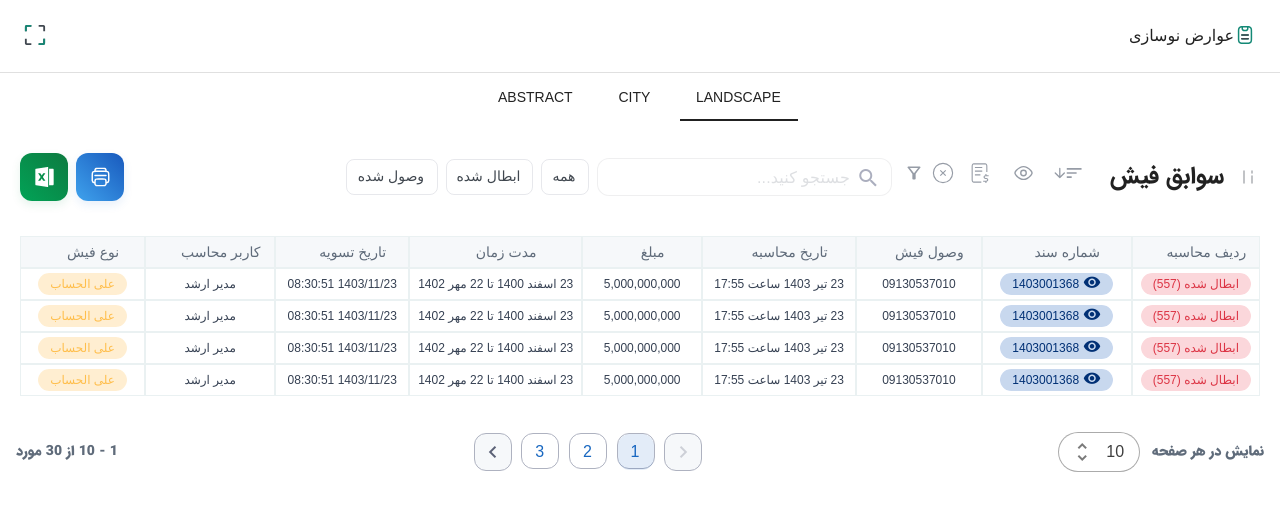
Repository: mobinazarein/data-table
Page: /
An editor plug-in stored every save of this project. The page is shown before and after a run of saves, followed by the edit.
The browser window is 1280 px wide. The pictures show the whole page.
Some web fonts or font styles are not loaded; a fallback is used. The project was rebuilt for these pictures with package versions that can differ from the ones it lists, and the page was loaded fresh each time. Also part of the build but not shown: vue.config.js.

Above is the page before, as saved 2025-03-26 13:46:49.

### public/index.html
<!DOCTYPE html>
<html lang="en" dir="rtl">
  <head>
    <meta charset="utf-8">
    <meta http-equiv="X-UA-Compatible" content="IE=edge">
    <meta name="viewport" content="width=device-width,initial-scale=1.0">
    <link rel="icon" href="<%= BASE_URL %>favicon.ico">
    <title><%= htmlWebpackPlugin.options.title %></title>
  </head>
  <body>
    <noscript>
      <strong>We're sorry but <%= htmlWebpackPlugin.options.title %> doesn't
        work properly without JavaScript enabled. Please enable it to
        continue.</strong>
    </noscript>
    <div id="app"></div>
    <!-- built files will be auto injected -->
  </body>
</html>

### src/App.vue
<template>
  <v-app dir="rtl">
    <v-locale-provider :rtl="true">
      <div dir="rtl">
        <TopHeader />
        <BelowHeader />
        <DataTable :headers="pageData.headers" :items="pageData.items" :showExportButtons="true" :itemsPerPage="20"
          :showSearchBtn="true" :items-per-page="10" :customStyles="[
            { key: 'row', bgColor: '#FFEEF0', textColor: '#DC3545' },
            { key: 'documentNumber', bgColor: '#E4EFFF', textColor: '#013075', icon: 'mdi-eye', iconColor: '#013075', iconSize: '18px' },
            { key: 'receiptType', bgColor: '#FFBE4C26', textColor: '#FFBE4C' }
          ]" title="سوابق فیش" :iconComponent="PauseIcon"
          :iconList="[PaginationIcon, EyeIcon, InvoiceIcon, CircleCross, FilterIcon]"
          :mobileIconList="[PaginationIcon, EyeIcon, InvoiceIcon, CircleCross, FilterIcon, PrinterIcon, ExcelIcon]"
          :buttons="pageData.buttonList" :mobileFilterButtons="pageData.mobileBtn" :actions="actions" />
      </div>
    </v-locale-provider>
  </v-app>
</template>

<script setup>
import TopHeader from './layouts/TopHeader.vue';
import DataTable from './components/DataTable.vue';
import PauseIcon from './assets/Icons/PauseIcon.vue';
import PaginationIcon from '@/assets/Icons/PaginationIcon.vue';
import EyeIcon from '@/assets/Icons/EyeIcon.vue';
import InvoiceIcon from '@/assets/Icons/InvoiceIcon.vue';
import CircleCross from '@/assets/Icons/CircleCross.vue';
import FilterIcon from '@/assets/Icons/FilterIcon.vue';
import PrinterIcon from '@/assets/Icons/PrinterIcon.vue';
import ExcelIcon from '@/assets/Icons/ExcelIcon.vue';
import BelowHeader from './layouts/BelowHeader.vue';
import { ref } from 'vue';
const pageData = ref({
  headers: [
    { title: 'ردیف محاسبه', key: 'row', align: 'center', sortable: true, width: '121px' },
    { title: 'شماره سند', key: 'documentNumber', align: 'center', sortable: true, width: '165px' },
    { title: 'وصول فیش', key: 'receiptStatus', align: 'center', sortable: true, width: '139px' },
    { title: 'تاریخ محاسبه', key: 'calculationDate', align: 'center', sortable: true, width: '159px' },
    { title: 'مبلغ', key: 'amount', align: 'center', sortable: true, width: '139px' },
    { title: 'مدت زمان', key: 'duration', align: 'center', sortable: true, width: '165px' },
    { title: 'تاریخ تسویه', key: 'settlementDate', align: 'center', sortable: true, width: '139px' },
    { title: 'کاربر محاسب', key: 'user', align: 'center', sortable: true, width: '139px' },
    { title: 'نوع فیش', key: 'receiptType', align: 'center', sortable: true, width: '139px' },
    // { title: 'عملیات', key: 'actions', align: 'center', sortable: true, width: '139px' }
  ],
  items: [
    {
      row: 'ابطال شده (557)',
      documentNumber: '1403001368',
      receiptStatus: '09130537010',
      calculationDate: '23 تیر 1403 ساعت 17:55',
      amount: '5,000,000,000',
      duration: '23 اسفند 1400 تا 22 مهر 1402',
      settlementDate: '1403/11/23 08:30:51',
      user: 'مدیر ارشد',
      receiptType: 'علی الحساب',
    },
    {
      row: 'ابطال شده (557)',
      documentNumber: '1403001368',
      receiptStatus: '09130537010',
      calculationDate: '23 تیر 1403 ساعت 17:55',
      amount: '5,000,000,000',
      duration: '23 اسفند 1400 تا 22 مهر 1402',
      settlementDate: '1403/11/23 08:30:51',
      user: 'مدیر ارشد',
      receiptType: 'علی الحساب'
    },
    {
      row: 'ابطال شده (557)',
      documentNumber: '1403001368',
      receiptStatus: '09130537010',
      calculationDate: '23 تیر 1403 ساعت 17:55',
      amount: '5,000,000,000',
      duration: '23 اسفند 1400 تا 22 مهر 1402',
      settlementDate: '1403/11/23 08:30:51',
      user: 'مدیر ارشد',
      receiptType: 'علی الحساب'
    }, {
      row: 'ابطال شده (557)',
      documentNumber: '1403001368',
      receiptStatus: '09130537010',
      calculationDate: '23 تیر 1403 ساعت 17:55',
      amount: '5,000,000,000',
      duration: '23 اسفند 1400 تا 22 مهر 1402',
      settlementDate: '1403/11/23 08:30:51',
      user: 'مدیر ارشد',
      receiptType: 'علی الحساب'
    }
  ],
  buttonList: [
    { label: 'همه', width: 48 },
    { label: 'ابطال شده', width: 87 },
    { label: 'وصول شده', width: 92 },
  ],
  mobileBtn: [
    { label: "همه", width: 44, borderRadius: 62 },
    { label: "ابطال شده", width: 80, borderRadius: 42 },
    { label: "وصول شده", width: 89, borderRadius: 42 }
  ]
}).value;
const actions = [
  { icon: 'mdi-pencil', method: editItem },
  { icon: 'mdi-delete', method: deleteItem },
];
function editItem() {
  console.log('edit');
}
function deleteItem() {
  console.log('delete');

}
</script>
<style>
body {
  font-family: "IRANSans", sans-serif;
}
</style>

### src/assets/base.scss
// @import "./styles/fonts";

*,
*::before,
*::after {
  box-sizing: border-box;
  margin: 0;
  font-weight: normal;
  font-family: "IRANSans", sans-serif;
  letter-spacing: 0;
}

body {
  font-family: "IRANSans", sans-serif !important;
}
h1,
h2 {
  font-family: "IRANSans", sans-serif;
  font-weight: 700;
}
p {
  font-family: "IRANSans", sans-serif;
  font-weight: 400;
}
.v-field.v-field--center-affix.v-field--prepended.v-field--variant-outlined.v-theme--light.v-locale--is-rtl {
  border-radius: 12px !important;
}
.v-field__prepend-inner {
  color: #737993;
}

label.v-label.v-field-label {
  color: #c7cacf;
}

.v-field.v-field--center-affix.v-field--prepended.v-field--variant-outlined.v-theme--light.v-locale--is-rtl {
  color: #77787f4d;
}
/* .v-table__wrapper {
  overflow: hidden;
} */
.v-data-table thead {
  background-color: #f6f8fa !important;
  width: 138.41665649414062px;
  height: 32px !important;
}

.v-data-table thead th {
  height: 32px !important;
  color: #5f6b7a !important;
  font-weight: 700 !important;
  border: 1px solid #eaf1f2 !important;
  padding: 0 8px !important;
}

.v-data-table tbody tr td {
  height: 32px !important;
  color: #364153 !important;
  font-weight: 500 !important;
  border: 1px solid #eaf1f2 !important;
  white-space: nowrap !important;
  overflow: hidden !important;
  text-overflow: ellipsis !important;
  height: 32px !important;
  padding: 0 8px !important;
  font-size: 12px !important;
  padding: 0 8px !important;
  font-weight: 400 !important;
}

.v-data-table tbody tr {
  height: 32px !important;
}

td.v-data-table__td.v-data-table-column--align-center {
  font-size: 12px !important;
  height: 32px !important;
}

th {
  white-space: nowrap;
}

.custom-pagination .v-pagination__item {
  border-radius: 12px !important;
  min-width: 36px !important;
  height: 36px !important;
  font-size: 14px !important;
  color: #5b6176 !important;
  border: 1px solid #aeb2c0 !important;
}

.custom-pagination .v-pagination__item--active {
  border-radius: 12px !important;
  min-width: 36px !important;
  height: 36px !important;
  background-color: #b8dada !important;
  color: #148976 !important;
  border: 1px solid #148976 !important;
  font-weight: bold !important;
  box-shadow: none !important;
}
button.v-btn.v-btn--icon.v-theme--light.text-primary.v-btn--density-comfortable.v-btn--rounded.v-btn--size-default.v-btn--variant-text {
  border-radius: 12px !important;
}

.custom-pagination .v-pagination__prev,
.custom-pagination .v-pagination__next {
  border-radius: 12px !important;
  background-color: #f6f8fa !important;
  color: #5b6176 !important;
  border: 1px solid #aeb2c0 !important;
}
.mdi-chevron-right::before {
  color: #5b6176 !important;
}

.mdi-chevron-left::before {
  color: #5b6176 !important;
}

.custom-pagination .v-pagination__prev:hover,
.custom-pagination .v-pagination__next:hover,
.custom-pagination .v-pagination__prev:focus,
.custom-pagination .v-pagination__next:focus,
.custom-pagination .v-pagination__prev.v-pagination__item--active,
.custom-pagination .v-pagination__next.v-pagination__item--active {
  border: 1px solid #148976 !important;
  color: #148976 !important;
}

.custom-pagination .v-pagination__item--active,
.custom-pagination .v-pagination__item:focus {
  border-radius: 12px !important;
  min-width: 36px !important;
  height: 36px !important;
  background-color: #d8eef2 !important;
  color: #148976 !important;
  border: 1px solid #148976 !important;
  font-weight: bold !important;
}

.custom-pagination .v-pagination__item:hover {
  border: 1px solid #148976 !important;
  color: #148976 !important;
}

.custom-pagination .v-pagination__prev:hover,
.custom-pagination .v-pagination__next:hover {
  border: 1px solid #148976 !important;
  color: #148976 !important;
}

### src/layouts/TopHeader.vue
<template>
    <div class="d-flex justify-space-between items-center pa-6 border-b border-[#ADB0B433] select-none">
        <div class="d-flex flex-row gap-x-1.25">
            <ClipBoard />
            <div class="h-5 text-nowrap">عوارض نوسازی</div>
        </div>
        <FullScreen class="cursor-pointer" @click="toggleFullscreen" />
    </div>
</template>
<script setup>
import ClipBoard from "../assets/Icons/headers/ClipboardIcon.vue";
import FullScreen from "../assets/Icons/headers/FullScreen.vue";
const toggleFullscreen = () => {
    if (document.fullscreenElement) {
        if (document.exitFullscreen) {
            document.exitFullscreen();
        } else if (document.webkitExitFullscreen) {
            // Safari
            document.webkitExitFullscreen();
        } else if (document.mozCancelFullScreen) {
            // Firefox
            document.mozCancelFullScreen();
        } else if (document.msExitFullscreen) {
            // IE/Edge
            document.msExitFullscreen();
        }
    } else {
        const doc = document.documentElement;
        if (doc.requestFullscreen) {
            doc.requestFullscreen();
        } else if (doc.mozRequestFullScreen) {
            // Firefox
            doc.mozRequestFullScreen();
        } else if (doc.webkitRequestFullscreen) {
            // Chrome, Safari, Opera
            doc.webkitRequestFullscreen();
        } else if (doc.msRequestFullscreen) {
            // IE/Edge
            doc.msRequestFullscreen();
        }
    }
};
</script>
<style scoped></style>

### src/assets/Icons/PauseIcon.vue
<template>
    <svg width="24" height="24" viewBox="0 0 24 24" fill="none" xmlns="http://www.w3.org/2000/svg">
        <path d="M8 6V18M16 6V8M16 18V11" stroke="#ADB0B4" stroke-width="1.5" stroke-linecap="round"
            stroke-linejoin="round" />
    </svg>
</template>

### src/assets/Icons/PaginationIcon.vue
<template>
    <svg width="36" height="48" viewBox="0 0 36 48" fill="none" xmlns="http://www.w3.org/2000/svg">
<path d="M9.79481 19.4529V28.5469M9.79481 28.5469L14.3418 23.9999M9.79481 28.5469L5.2478 23.9999" stroke="#969CA6" stroke-width="1.29915" stroke-linecap="round" stroke-linejoin="round"/>
<path d="M16.7693 28.9231H21.6924V27.282H16.7693V28.9231ZM16.7693 19.0769V20.7179H31.5385V19.0769H16.7693ZM16.7693 24.8205H26.6154V23.1795H16.7693V24.8205Z" fill="#969CA6"/>
</svg>
</template>

### src/assets/Icons/EyeIcon.vue
<template>
    <svg width="37" height="48" viewBox="0 0 37 48" fill="none" xmlns="http://www.w3.org/2000/svg">
<path d="M18.5 17.5833C21.4713 17.5833 24.0781 19.7396 25.7446 21.5522C26.4843 22.3568 26.8542 22.7591 26.979 23.5925C27.0096 23.7966 27.0096 24.2033 26.979 24.4073C26.8542 25.2407 26.4843 25.643 25.7446 26.4477C24.0781 28.2603 21.4713 30.4166 18.5 30.4166C15.5288 30.4166 12.922 28.2603 11.2555 26.4477C10.5158 25.643 10.1459 25.2407 10.0211 24.4073C9.99049 24.2033 9.99049 23.7966 10.0211 23.5925C10.1459 22.7591 10.5158 22.3568 11.2555 21.5522C12.922 19.7396 15.5288 17.5833 18.5 17.5833Z" stroke="#969CA6" stroke-width="1.375" stroke-linejoin="round"/>
<path d="M21.25 24C21.25 25.5188 20.0188 26.75 18.5 26.75C16.9812 26.75 15.75 25.5188 15.75 24C15.75 22.4812 16.9812 21.25 18.5 21.25C20.0188 21.25 21.25 22.4812 21.25 24Z" stroke="#969CA6" stroke-width="1.375" stroke-linejoin="round"/>
</svg>
</template>

### src/assets/Icons/InvoiceIcon.vue
<template>
    <svg width="35" height="48" viewBox="0 0 35 48" fill="none" xmlns="http://www.w3.org/2000/svg">
<path d="M26.6666 26.1999H23.9166V27.2999H26.6666V26.1999ZM23.9166 26.1999H23.4583V27.2999H23.9166V26.1999ZM23.4583 30.0499H24.375V28.9499H23.4583V30.0499ZM24.375 31.6999H23.9166V32.7999H24.375V31.6999ZM23.9166 31.6999H21.1666V32.7999H23.9166V31.6999ZM25.2 30.8749C25.2 31.3306 24.8306 31.6999 24.375 31.6999V32.7999C25.4381 32.7999 26.3 31.9381 26.3 30.8749H25.2ZM24.375 30.0499C24.8306 30.0499 25.2 30.4193 25.2 30.8749H26.3C26.3 29.8118 25.4381 28.9499 24.375 28.9499V30.0499ZM21.5333 28.1249C21.5333 29.1881 22.3951 30.0499 23.4583 30.0499V28.9499C23.0027 28.9499 22.6333 28.5806 22.6333 28.1249H21.5333ZM23.4583 26.1999C22.3951 26.1999 21.5333 27.0618 21.5333 28.1249H22.6333C22.6333 27.6693 23.0027 27.2999 23.4583 27.2999V26.1999ZM24.4666 26.7499V24.9166H23.3666V26.7499H24.4666ZM23.3666 32.2499V34.0833H24.4666V32.2499H23.3666ZM13.8333 15.3833H21.1666V14.2833H13.8333V15.3833ZM19.3333 32.6166H13.8333V33.7166H19.3333V32.6166ZM10.7166 29.4999V18.4999H9.61663V29.4999H10.7166ZM13.8333 32.6166C12.9535 32.6166 12.349 32.6154 11.8949 32.5544C11.4567 32.4954 11.2418 32.39 11.0925 32.2407L10.3147 33.0185C10.7024 33.4062 11.1881 33.5692 11.7483 33.6446C12.2928 33.7178 12.9846 33.7166 13.8333 33.7166V32.6166ZM9.61663 29.4999C9.61663 30.3486 9.61546 31.0405 9.68865 31.5849C9.76397 32.1451 9.92698 32.6308 10.3147 33.0185L11.0925 32.2407C10.9432 32.0914 10.8378 31.8766 10.7788 31.4383C10.7178 30.9842 10.7166 30.3797 10.7166 29.4999H9.61663ZM21.1666 15.3833C22.0464 15.3833 22.6509 15.3844 23.105 15.4455C23.5433 15.5044 23.7582 15.6099 23.9074 15.7591L24.6852 14.9813C24.2975 14.5936 23.8118 14.4306 23.2516 14.3553C22.7072 14.2821 22.0153 14.2833 21.1666 14.2833V15.3833ZM25.3833 18.4999C25.3833 17.6512 25.3845 16.9594 25.3113 16.415C25.2359 15.8547 25.0729 15.369 24.6852 14.9813L23.9074 15.7591C24.0567 15.9084 24.1622 16.1233 24.2211 16.5615C24.2821 17.0156 24.2833 17.6201 24.2833 18.4999H25.3833ZM13.8333 14.2833C12.9846 14.2833 12.2928 14.2821 11.7483 14.3553C11.1881 14.4306 10.7024 14.5936 10.3147 14.9813L11.0925 15.7591C11.2418 15.6099 11.4567 15.5044 11.8949 15.4455C12.349 15.3844 12.9535 15.3833 13.8333 15.3833V14.2833ZM10.7166 18.4999C10.7166 17.6201 10.7178 17.0156 10.7788 16.5615C10.8378 16.1233 10.9432 15.9084 11.0925 15.7591L10.3147 14.9813C9.92698 15.369 9.76397 15.8547 9.68865 16.415C9.61546 16.9594 9.61663 17.6512 9.61663 18.4999H10.7166ZM24.2833 18.4999V23.0833H25.3833V18.4999H24.2833ZM12.9166 19.0499H20.25V17.9499H12.9166V19.0499ZM12.9166 22.7166H20.25V21.6166H12.9166V22.7166ZM12.9166 26.3833H18.4166V25.2833H12.9166V26.3833Z" fill="#969CA6"/>
</svg>
</template>

### src/assets/Icons/CircleCross.vue
<template>
    <svg width="22" height="22" viewBox="0 0 21 20" fill="none" xmlns="http://www.w3.org/2000/svg">
        <path
            d="M7.90736 7.40719L13.0928 12.5926M13.0927 7.40719L7.90726 12.5926M19.6667 9.99992C19.6667 15.0625 15.5627 19.1666 10.5 19.1666C5.43743 19.1666 1.33337 15.0625 1.33337 9.99992C1.33337 4.93731 5.43743 0.833252 10.5 0.833252C15.5627 0.833252 19.6667 4.93731 19.6667 9.99992Z"
            stroke="#969CA6" stroke-width="1.1" />
    </svg>
</template>

### src/assets/Icons/FilterIcon.vue
<template>
    <svg width="20" height="20" viewBox="0 0 20 20" fill="none" xmlns="http://www.w3.org/2000/svg">
<path d="M5.90159 5.07682H14.1067L9.99595 10.246L5.90159 5.07682ZM3.64518 4.75682C5.30262 6.88194 8.36313 10.8204 8.36313 10.8204V15.7435C8.36313 16.1948 8.73236 16.564 9.18364 16.564H10.8247C11.276 16.564 11.6452 16.1948 11.6452 15.7435V10.8204C11.6452 10.8204 14.6975 6.88194 16.3549 4.75682C16.7734 4.21528 16.3877 3.43579 15.7067 3.43579H4.29339C3.61236 3.43579 3.22672 4.21528 3.64518 4.75682Z" fill="#969CA6"/>
</svg>
</template>

### src/assets/Icons/PrinterIcon.vue
<template>
    <svg
      width="23"
      height="24"
      viewBox="0 0 23 24"
      fill="none"
      xmlns="http://www.w3.org/2000/svg"
      :style="{ color: iconColor }"
    >
      <path
        d="M6 10.5641H17M6 17.7447V17.7447C5.66891 17.7447 5.50337 17.7447 5.36418 17.7283C4.26359 17.599 3.39569 16.7311 3.26636 15.6305C3.25 15.4913 3.25 15.3257 3.25 14.9947V10.5641C3.25 8.76909 3.25 7.87158 3.70712 7.24241C3.85475 7.03921 4.03345 6.86052 4.23664 6.71289C4.86582 6.25577 5.76332 6.25577 7.55833 6.25577H15.4417C17.2367 6.25577 18.1342 6.25577 18.7634 6.71289C18.9666 6.86052 19.1452 7.03921 19.2929 7.24241C19.75 7.87158 19.75 8.76909 19.75 10.5641V14.9947C19.75 15.3257 19.75 15.4913 19.7336 15.6305C19.6043 16.7311 18.7364 17.599 17.6358 17.7283C17.4966 17.7447 17.3311 17.7447 17 17.7447V17.7447M6 17.7447V17.7447C6 18.6368 6 19.0829 6.14576 19.4348C6.3401 19.904 6.71286 20.2768 7.18205 20.4711C7.53393 20.6169 7.98003 20.6169 8.87222 20.6169H14.1278C15.02 20.6169 15.4661 20.6169 15.818 20.4711C16.2871 20.2768 16.6599 19.904 16.8542 19.4348C17 19.0829 17 18.6368 17 17.7447V17.7447M6 17.7447V17.3617C6 15.9257 6 15.2077 6.3657 14.7043C6.4838 14.5418 6.62676 14.3988 6.78931 14.2807C7.29265 13.915 8.01066 13.915 9.44667 13.915H13.5533C14.9893 13.915 15.7073 13.915 16.2107 14.2807C16.3732 14.3988 16.5162 14.5418 16.6343 14.7043C17 15.2077 17 15.9257 17 17.3617V17.7447M17 6.25577V6.25577C17 5.36358 17 4.91748 16.8542 4.56559C16.6599 4.09641 16.2871 3.72364 15.818 3.5293C15.4661 3.38354 15.02 3.38354 14.1278 3.38354H8.87222C7.98003 3.38354 7.53393 3.38354 7.18205 3.5293C6.71286 3.72364 6.3401 4.09641 6.14576 4.56559C6 4.91748 6 5.36358 6 6.25577V6.25577H17Z"
        stroke="currentColor"
        stroke-width="1.43611"
        stroke-linecap="round"
        stroke-linejoin="round"
      />
    </svg>
  </template>

  <script setup>
  import { defineProps } from 'vue';

  defineProps({
    iconColor: {
      type: String,
      default: 'white',
    },
  });
  </script>

### src/assets/Icons/ExcelIcon.vue
<template>
    <svg
      width="23"
      height="22"
      viewBox="0 0 23 22"
      fill="none"
      xmlns="http://www.w3.org/2000/svg"
      :style="{ color: iconColor }"
    >
      <g clip-path="url(#clip0_397_6997)">
        <path
          d="M3.12085 2.63712L14.6434 0.991705C14.7084 0.982376 14.7747 0.987136 14.8377 1.00566C14.9007 1.02419 14.959 1.05604 15.0087 1.09908C15.0583 1.14211 15.0981 1.19531 15.1254 1.25507C15.1527 1.31483 15.1668 1.37976 15.1668 1.44546V20.5543C15.1668 20.6199 15.1527 20.6847 15.1254 20.7444C15.0982 20.8041 15.0585 20.8573 15.009 20.9003C14.9594 20.9433 14.9012 20.9752 14.8383 20.9938C14.7754 21.0124 14.7092 21.0172 14.6443 21.008L3.11994 19.3626C2.90142 19.3315 2.70147 19.2226 2.55682 19.0559C2.41216 18.8892 2.33252 18.6758 2.33252 18.4551V3.54462C2.33252 3.3239 2.41216 3.11059 2.55682 2.94388C2.70147 2.77716 2.90234 2.66824 3.12085 2.63712ZM16.0834 2.74987H19.7501C19.9932 2.74987 20.2264 2.84645 20.3983 3.01836C20.5702 3.19027 20.6668 3.42342 20.6668 3.66654V18.3332C20.6668 18.5763 20.5702 18.8095 20.3983 18.9814C20.2264 19.1533 19.9932 19.2499 19.7501 19.2499H16.0834V2.74987ZM9.8501 10.9999L12.4168 7.33321H10.2168L8.7501 9.42871L7.28344 7.33321H5.08344L7.6501 10.9999L5.08344 14.6665H7.28344L8.7501 12.571L10.2168 14.6665H12.4168L9.8501 10.9999Z"
          fill="currentColor"
        />
      </g>
      <defs>
        <clipPath id="clip0_397_6997">
          <rect width="22" height="22" fill="white" transform="translate(0.5)" />
        </clipPath>
      </defs>
    </svg>
  </template>

  <script setup>
  import { defineProps } from 'vue';

  defineProps({
    iconColor: {
      type: String,
      default: 'white',
    },
  });
  </script>

### src/layouts/belowHeader.vue
<template>
  <!--<div
    class="d-flex flex-row text-nowrap justify-center items-center px-52 py-6 gap-x-2 select-none border-b-6 border-[#CFEBFD]">
    <template v-for="(item, index) in items" :key="index">
      <router-link :to="{ name: item.link }" active-class="selected"
        class="flex justify-center items-center px-6 py-3 cursor-pointer">
        {{ item.title }}
      </router-link>
      <div v-if="index < items.length - 1" class="w-0 h-7.5 border border-[#ADB0B41A]"></div>
    </template>
</div>
</template>
<script setup>
// import { useRoute } from "vue-router";
// const route = useRoute();
const items = [
  { title: "محاسبه", link: "calculation" },
  { title: "سوابق", link: "records" },
  // { title: "کیف نوسازی"},
  // { title: "انتقال فیش" },
  // { title: "فیش علی الحساب" },
  // { title: "آرای کمسیون 77" },
  // { title: "قرارداد های پسماند" },
];
</script>
<style>
.selected {
  color: #ffffff;
  border-radius: 7px;
  background: linear-gradient(90deg, #148976 0%, #117363 100%);
}
</style> -->
  <div>
    <v-row no-gutters justify="center">
      <v-tabs v-model="tab" align-tabs="center">
        <v-tab :value="1">Landscape</v-tab>
        <v-tab :value="2">City</v-tab>
        <v-tab :value="3">Abstract</v-tab>
      </v-tabs>
    </v-row>
  </div>
</template>
<script setup>
import { ref } from 'vue';
const tab = ref(null)
</script>

### src/assets/styles/_fonts.scss
@font-face {
  font-family: "IRANSans";
  src: url("/public/fonts/IRANSans.woff2") format("woff2");
  font-weight: 400;
  font-style: normal;
  font-display: swap;
}

@font-face {
  font-family: "IRANSans";
  src: url("/public/fonts/IRANSans_Black.woff2") format("woff2");
  font-weight: 500;
  font-style: normal;
  font-display: swap;
}

@font-face {
  font-family: "IRANSans";
  src: url("/public/fonts/IRANSans_Bold.woff2") format("woff2");
  font-weight: 800;
  font-style: normal;
  font-display: swap;
}

### src/assets/Icons/headers/FullScreen.vue
<template>
  <svg width="22" height="22" viewBox="0 0 22 22" fill="none" xmlns="http://www.w3.org/2000/svg">
    <g clip-path="url(#clip0_762_4180)">
      <path
        d="M3.66676 2.74973C3.20873 2.74973 2.95741 2.75168 2.78307 2.77512L2.7764 2.77603L2.77548 2.78271C2.75204 2.95705 2.75009 3.20836 2.75009 3.6664V7.33306H0.916761L0.916755 3.61652C0.916678 3.22779 0.916604 2.85 0.958496 2.53842C1.00572 2.18715 1.12078 1.78631 1.45373 1.45337C1.78668 1.12042 2.18752 1.00536 2.53878 0.95813C2.85037 0.916238 3.22816 0.916312 3.61689 0.916388L7.33343 0.916395V2.74973H3.66676Z"
        fill="#40474F" />
      <path
        d="M18.3334 2.74973C18.7915 2.74973 19.0428 2.75168 19.2171 2.77512L19.2238 2.77603L19.2247 2.78271C19.2481 2.95705 19.2501 3.20836 19.2501 3.6664V7.33306H21.0834L21.0834 3.61652C21.0835 3.22781 21.0836 2.84999 21.0417 2.53842C20.9945 2.18715 20.8794 1.78631 20.5465 1.45337C20.2135 1.12042 19.8127 1.00536 19.4614 0.95813C19.1498 0.916238 18.772 0.916312 18.3833 0.916388L14.6668 0.916395V2.74973H18.3334Z"
        fill="#40474F" />
      <path
        d="M18.3334 19.2497C18.7915 19.2497 19.0428 19.2478 19.2171 19.2243L19.2238 19.2234L19.2247 19.2167C19.2481 19.0424 19.2501 18.7911 19.2501 18.333V14.6664H21.0834L21.0834 18.3829C21.0835 18.7716 21.0836 19.1494 21.0417 19.461C20.9945 19.8123 20.8794 20.2131 20.5465 20.5461C20.2135 20.879 19.8127 20.9941 19.4614 21.0413C19.1498 21.0832 18.772 21.0831 18.3833 21.083L14.6668 21.083V19.2497H18.3334Z"
        fill="#40474F" />
      <path
        d="M2.78307 19.2243C2.95741 19.2478 3.20873 19.2497 3.66676 19.2497H7.33343V21.083L3.61689 21.083C3.22816 21.0831 2.85037 21.0832 2.53878 21.0413C2.18752 20.9941 1.78668 20.879 1.45373 20.5461C1.12078 20.2131 1.00572 19.8123 0.958496 19.461C0.916603 19.1494 0.916678 18.7716 0.916755 18.3829L0.916761 14.6664H2.75009V18.333C2.75009 18.7911 2.75204 19.0424 2.77548 19.2167L2.7764 19.2234L2.78307 19.2243Z"
        fill="#40474F" />
    </g>
    <path
      d="M3.66652 2.74985C3.20848 2.74985 2.95717 2.7518 2.78283 2.77524L2.77615 2.77615L2.77524 2.78283C2.7518 2.95717 2.74985 3.20848 2.74985 3.66652V7.33318H0.916517L0.91651 3.61664C0.916434 3.22791 0.91636 2.85013 0.958251 2.53854C1.00548 2.18727 1.12054 1.78644 1.45349 1.45349C1.78643 1.12054 2.18727 1.00548 2.53854 0.958252C2.85013 0.91636 3.22791 0.916434 3.61664 0.91651L7.33318 0.916517V2.74985H3.66652Z"
      fill="#148976" />
    <path
      d="M18.3332 19.2498C18.7912 19.2498 19.0425 19.2479 19.2169 19.2244L19.2235 19.2235L19.2245 19.2168C19.2479 19.0425 19.2498 18.7912 19.2498 18.3332V14.6665H21.0832L21.0832 18.383C21.0833 18.7717 21.0833 19.1496 21.0414 19.4611C20.9942 19.8124 20.8792 20.2132 20.5462 20.5462C20.2133 20.8791 19.8124 20.9942 19.4612 21.0414C19.1496 21.0833 18.7718 21.0832 18.3831 21.0832L14.6665 21.0832V19.2498H18.3332Z"
      fill="#148976" />
    <defs>
      <clipPath id="clip0_762_4180">
        <rect width="22" height="22" fill="white" />
      </clipPath>
    </defs>
  </svg>
</template>

Loaded but not shown: src/plugins/vuetify.js (17 lines, source omitted); src/main.js (9 lines, source omitted); src/components/DataTable.vue (235 lines, source omitted); src/assets/Icons/headers/ClipboardIcon.vue (9 lines, source omitted)

After the next 2 saves:
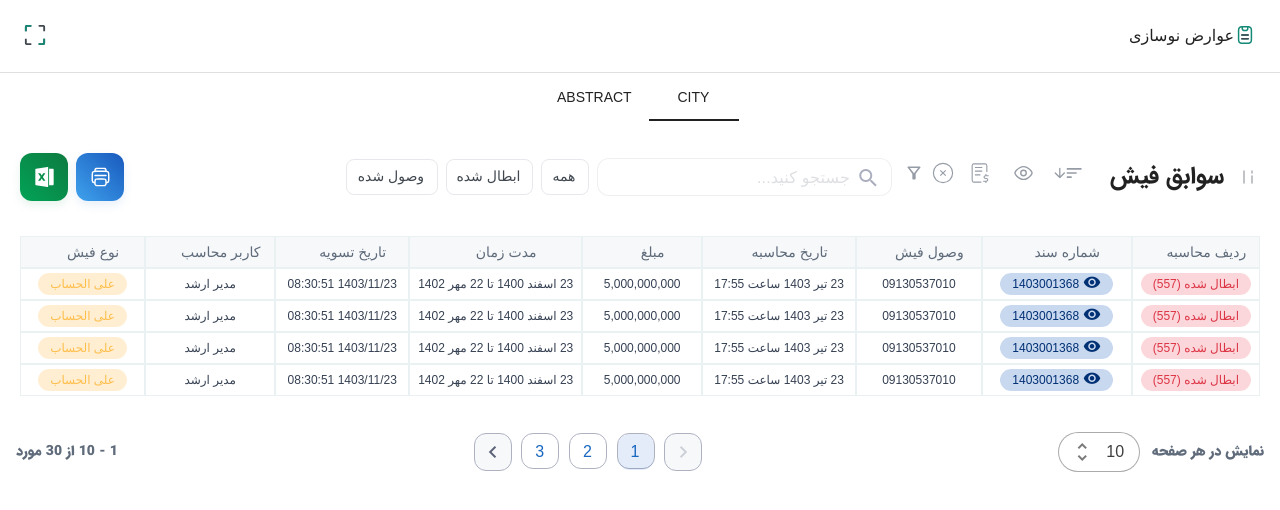
The 2 saves are shown as one change because 1 did not build or start.
The last was saved 101 s later.
--- a/src/layouts/belowHeader.vue
+++ b/src/layouts/belowHeader.vue
@@ -33,7 +33,7 @@ const items = [
   <div>
     <v-row no-gutters justify="center">
       <v-tabs v-model="tab" align-tabs="center">
-        <v-tab :value="1">Landscape</v-tab>
+        <v-tab v-for="item in items">Landscape</v-tab>
         <v-tab :value="2">City</v-tab>
         <v-tab :value="3">Abstract</v-tab>
       </v-tabs>
